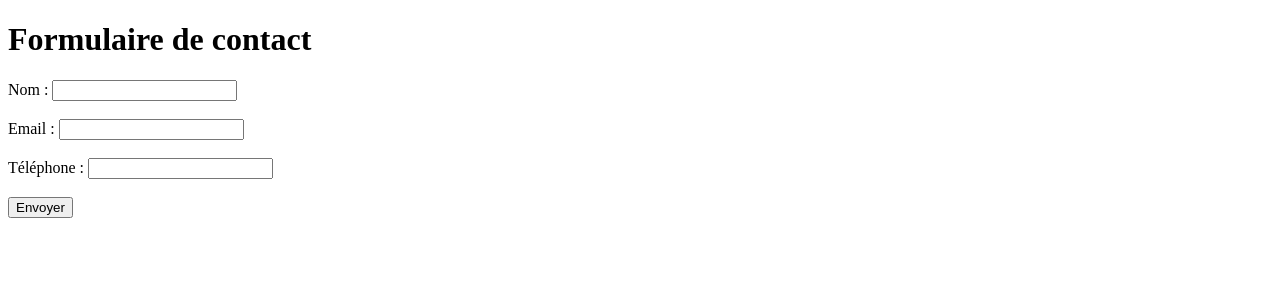
Repository: Vanitti/Site-web
Page: formulaire de compes.html
An editor plug-in stored every save of this project. The page is shown before and after the next save, followed by the edit.
The browser window is 1280 px wide. The pictures show the whole page.

Above is the page before, as saved 2023-06-24 15:31:31.

After the next save:
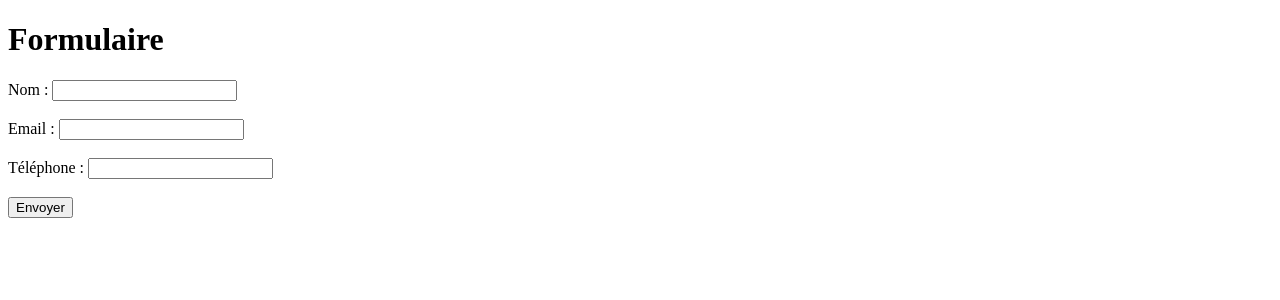
Saved 3 min 9 s later.
--- a/formulaire de compes.html
+++ b/formulaire de compes.html
@@ -1,10 +1,10 @@
 <!DOCTYPE html>
 <html>
 <head>
-  <title>Formulaire de contact</title>
+  <title>Formulaire de comptes</title>
 </head>
 <body>
-  <h1>Formulaire de contact</h1>
+  <h1>Formulaire</h1>
   <form method="post" action="envoyer.php">
     <label for="nom">Nom :</label>
     <input type="text" id="nom" name="nom" required><br><br>
